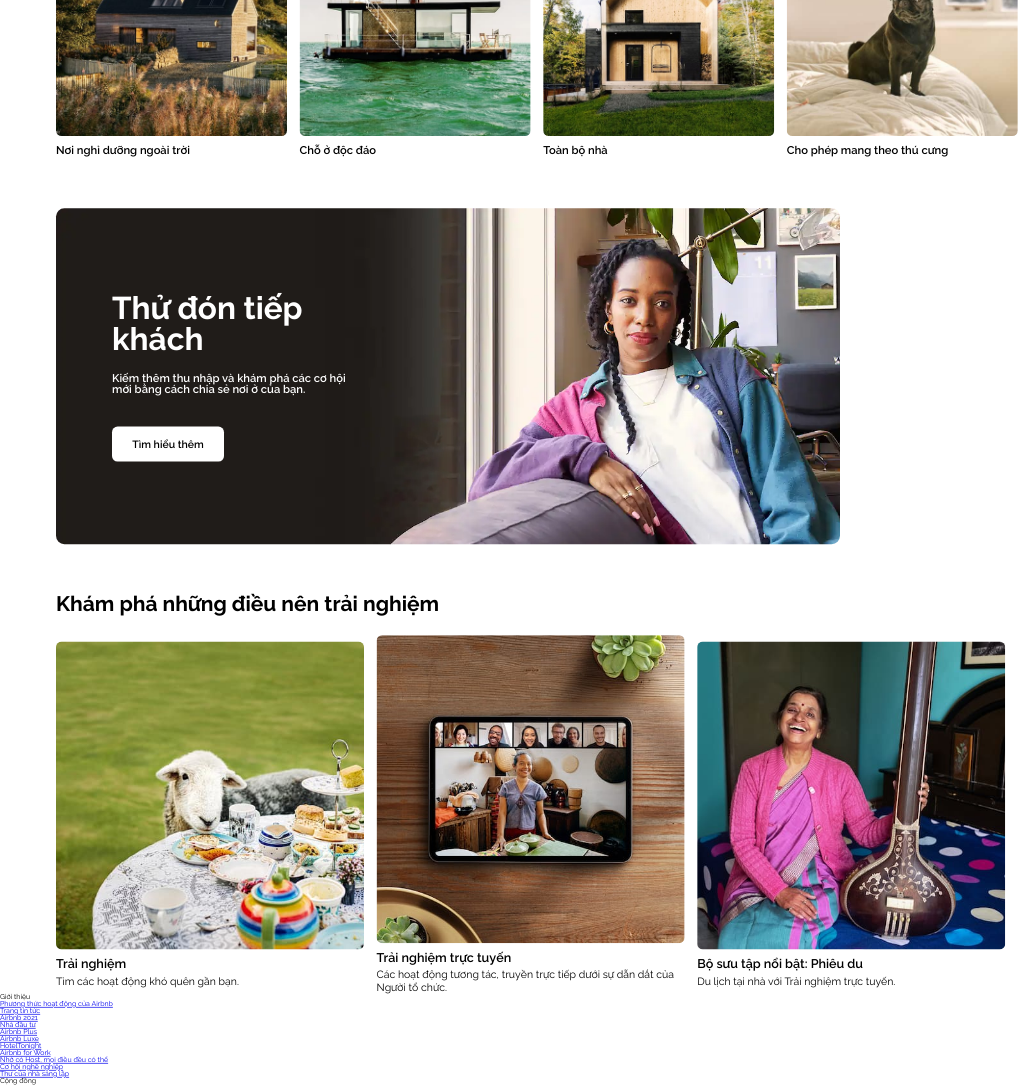
Repository: vanntrong/airbnb-clone
Page: index.html
The author's editor kept a copy of each file at every save. The page is drawn from the files as they stood at one save, then again after the next save.
The browser window is 1280 px wide. The page is 1454 px wide, so the pictures cover 1454 px, including what lies to the right of the window. The pictures show the part of the page from y = 918 to 2598 px (the page is 2468 px tall before and 2598 px after), at 70% of full size.

Above is the page before, as saved 2021-09-23 16:37:32.

### index.html
<!DOCTYPE html>
<html lang="en">
  <head>
    <meta charset="UTF-8" />
    <meta http-equiv="X-UA-Compatible" content="IE=edge" />
    <meta name="viewport" content="width=device-width, initial-scale=1.0" />
    <title>AirBnB</title>
    <link href="https://fonts.googleapis.com/css2?family=Material+Icons" rel="stylesheet" />
    <link rel="preconnect" href="https://fonts.googleapis.com" />
    <link rel="preconnect" href="https://fonts.gstatic.com" crossorigin />
    <link rel="preconnect" href="https://fonts.googleapis.com" />
    <link rel="preconnect" href="https://fonts.gstatic.com" crossorigin />
    <link
      href="https://fonts.googleapis.com/css2?family=Raleway:wght@200;300;400;500;600;700&display=swap"
      rel="stylesheet"
    />
    <link href="https://fonts.googleapis.com/css2?family=Material+Icons+Outlined" rel="stylesheet" />
    <link href="https://fonts.googleapis.com/css2?family=Material+Icons+Round" rel="stylesheet" />
    <link href="https://fonts.googleapis.com/css2?family=Material+Icons+Sharp" rel="stylesheet" />
    <link href="https://fonts.googleapis.com/css2?family=Material+Icons+Two+Tone" rel="stylesheet" />
    <link rel="stylesheet" href="./assets/css/reset.css" />
    <link rel="stylesheet" href="./assets/css/base.css" />
    <link rel="stylesheet" href="./assets/css/style.css" />
  </head>
  <body>
    <header class="header">
      <div class="header__covid">
        <a href="https://covid19.gov.vn/">Nhận thông tin mới nhất về biện pháp ứng phó COVID-19 của chúng tôi</a>
      </div>
      <div class="header__container">
        <nav class="header__nav">
          <div class="header__logo">
            <a href="" class="header__logo-link">
              <img src="./assets/images/logo.png" alt="Logo AirBnb" class="header__logo-img" />
              <span class="header__logo-name">airbnb</span>
            </a>
          </div>
          <div class="header__exp">
            <ul class="header__exp-list">
              <li class="header__exp-item">
                <div class="header-exp-link active">Nơi ở</div>
              </li>
              <li class="header__exp-item">
                <div class="header-exp-link">Trải nghiệm</div>
              </li>
              <li class="header__exp-item">
                <div class="header-exp-link">Trải nghiệm trực tuyến</div>
              </li>
            </ul>
          </div>
          <div class="header__user">
            <div class="header__user-register">
              <span>Trở thành chủ nhà</span>
            </div>
            <div class="header__user-language">
              <span class="material-icons-outlined"> language </span>
            </div>
            <div class="header__user-menu">
              <span class="material-icons-outlined header__user-icon"> menu </span>
              <img src="./assets/images/user-avatar.png" class="header__user-avatar" />
            </div>
          </div>
        </nav>

        <div class="header__search">
          <div class="header__search-place">
            <h4 class="header__search-text">Địa điểm</h4>
            <input type="text" placeholder="Bạn sắp đi đâu ?" class="header__search-input" />
          </div>
          <div class="header__search-room">
            <h4 class="header__search-text">Nhận phòng</h4>
            <p class="header__add-date">Thêm ngày</p>
          </div>
          <div class="header__search-room">
            <h4 class="header__search-text">Trả phòng</h4>
            <p class="header__add-date">Thêm ngày</p>
          </div>
          <div class="header__search-guest">
            <div class="header__search-wrapper">
              <h4 class="header__search-text">Khách</h4>
              <p class="header__add-date">Thêm khách</p>
            </div>
            <div class="header-guest-search">
              <span class="material-icons-outlined"> search </span>
              <!-- <p class="header-guest-text">Tìm kiếm</p> -->
            </div>
          </div>
        </div>

        <div class="header__title">
          <h2 class="header__title-text">Bạn chưa biết nên đi đâu? Tuyệt!</h2>
          <div class="header__title-btn"><span>Tìm kiếm linh hoạt</span></div>
        </div>
      </div>
    </header>
    <div class="banner">
      <h2 class="banner__heading">Ở bất cứ đâu</h2>
      <div class="banner__container">
        <ul class="banner__list">
          <li class="banner__item">
            <img src="./assets/images/banner/banner1.png" class="banner__item-img" />
            <span class="banner__item-text">Nơi nghỉ dưỡng ngoài trời</span>
          </li>
          <li class="banner__item">
            <img src="./assets/images/banner/banner2.png" class="banner__item-img" />
            <span class="banner__item-text">Chỗ ở độc đáo</span>
          </li>
          <li class="banner__item">
            <img src="./assets/images/banner/banner3.png" class="banner__item-img" />
            <span class="banner__item-text">Toàn bộ nhà</span>
          </li>
          <li class="banner__item">
            <img src="./assets/images/banner/banner4.png" class="banner__item-img" />
            <span class="banner__item-text">Cho phép mang theo thú cưng</span>
          </li>
        </ul>
      </div>
    </div>
    <div class="container">
      <div class="container__top">
        <div class="container__top-title">
          <h2 class="container-title-heading">Thử đón tiếp khách</h2>
          <p class="container-title-text">
            Kiếm thêm thu nhập và khám phá các cơ hội mới bằng cách chia sẻ nơi ở của bạn.
          </p>
          <div class="container-title-btn"><span>Tìm hiểu thêm</span></div>
        </div>
      </div>
      <div class="container__bottom">
        <h2 class="container__bottom-heading">Khám phá những điều nên trải nghiệm</h2>
        <ul class="container__bottom-list">
          <li class="container__bottom-item">
            <img src="./assets/images/container/container__item-1.png" class="container__item-img" />
            <h4 class="container__item-heading">Trải nghiệm</h4>
            <p class="container__item-text">Tìm các hoạt động khó quên gần bạn.</p>
          </li>
          <li class="container__bottom-item">
            <img src="./assets/images/container/container__item-2.png" class="container__item-img" />
            <h4 class="container__item-heading">Trải nghiệm trực tuyến</h4>
            <p class="container__item-text">
              Các hoạt động tương tác, truyền trực tiếp dưới sự dẫn dắt của Người tổ chức.
            </p>
          </li>
          <li class="container__bottom-item">
            <img src="./assets/images/container/container__item-3.png" class="container__item-img" />
            <h4 class="container__item-heading">Bộ sưu tập nổi bật: Phiêu du</h4>
            <p class="container__item-text">Du lịch tại nhà với Trải nghiệm trực tuyến.</p>
          </li>
        </ul>
      </div>
    </div>
    <footer class="footer">
      <div class="footer__top">
        <ul class="footer__top-list">
          <span>Giới thiệu</span>
          <li class="footer__top-item"><a href="#">Phương thức hoạt động của Airbnb</a></li>
          <li class="footer__top-item"><a href="#">Trang tin tức</a></li>
          <li class="footer__top-item"><a href="#">Airbnb 2021</a></li>
          <li class="footer__top-item"><a href="#">Nhà đầu tư</a></li>
          <li class="footer__top-item"><a href="#">Airbnb Plus</a></li>
          <li class="footer__top-item"><a href="#">Airbnb Luxe</a></li>
          <li class="footer__top-item"><a href="#">HotelTonight</a></li>
          <li class="footer__top-item"><a href="#">Airbnb for Work</a></li>
          <li class="footer__top-item"><a href="#">Nhờ có Host, mọi điều đều có thể</a></li>
          <li class="footer__top-item"><a href="#">Cơ hội nghề nghiệp</a></li>
          <li class="footer__top-item">
            <a href="#">Thư của nhà sáng lập</a>
          </li>
        </ul>
        <ul class="footer__top-list">
          <span>Cộng đồng</span>
          <li class="footer__top-item">
            <a href="#" class="footer__item-link"></a>
          </li>
          <li class="footer__top-item">
            <a href="#" class="footer__item-link"></a>
          </li>
          <li class="footer__top-item">
            <a href="#" class="footer__item-link"></a>
          </li>
          <li class="footer__top-item">
            <a href="#" class="footer__item-link"></a>
          </li>
          <li class="footer__top-item">
            <a href="#" class="footer__item-link"></a>
          </li>
          <li class="footer__top-item">
            <a href="#" class="footer__item-link"></a>
          </li>
        </ul>
      </div>
    </footer>
  </body>
</html>

### assets/css/base.css
html {
  font-family: "Raleway", sans-serif;
  font-size: 62.5%;
}
* {
  box-sizing: border-box;
}

:root {
  --text-color: #484848;
}

### assets/css/style.css
.header {
  width: 100%;
}

.header__covid {
  width: 100%;
  height: 58px;
  background-color: #222;
}

.header__covid a {
  display: inline-block;
  position: relative;
  left: 50%;
  top: 50%;
  transform: translate(-50%, -50%);
  color: #a3a3a3;
  font-size: 1.5rem;
  font-weight: 400;
}

.header__covid a:hover {
  color: #5c5c5c;
}

.header__container {
  width: 100%;
  background-image: url("../images/background.jpg");
  background-size: contain;
  height: 620px;
}

.header__nav {
  padding: 16px 80px;
  display: flex;
  align-items: flex-start;
  justify-content: space-between;
}

.header__logo {
}

.header__logo-link {
  text-decoration: none;
  color: #fff;
  font-size: 2.4rem;
  display: flex;
  align-items: center;
  font-weight: 600;
}

.header__logo-img {
  width: 40px;
  height: 46px;
  margin-right: 6px;
}

.header__exp {
  margin-top: 10px;
  margin-left: 175px;
}

.header__exp-list {
  display: flex;
  align-items: center;
}

.header-exp-link {
  color: #fff;
  font-size: 1.6rem;
  font-weight: 400;
  margin: 0 12px;
  position: relative;
  cursor: pointer;
}

.header-exp-link::after {
  content: "";
  position: absolute;
  width: 18px;
  height: 2px;
  bottom: -13px;
  left: 50%;
  transform: translateX(-50%);
  background-color: #fff;
  display: none;
}

.header-exp-link:hover {
  display: block;
  opacity: 0.6;
}

.header-exp-link:hover::after {
  display: block;
}

.header-exp-link.active::after {
  display: block;
  opacity: unset;
}

.active:hover {
  opacity: unset;
  cursor: default;
}

.header__user {
  display: flex;
  align-items: center;
}

.header__user-register {
  font-size: 1.4rem;
  font-weight: 600;
  padding: 16px;
  border-radius: 35px;
  margin-right: 10px;
  color: #fff;
}

.header__user-register:hover {
  background: rgba(238, 238, 238, 0.2);
  cursor: pointer;
}

.header__user-language {
  color: #fff;
  padding: 16px;
  margin: 0 12px 0 -14px;
  border-radius: 35px;
}

.header__user-language:hover {
  background: rgba(238, 238, 238, 0.2);
  cursor: pointer;
}

.header__user-language span {
  font-size: 2rem;
}

.header__user-menu {
  display: flex;
  align-items: center;
  padding: 4px;
  background-color: #fff;
  border-radius: 25px;
  cursor: pointer;
  border: 1px solid rgba(221, 221, 221, 0.8);
}

.header__user-icon {
  padding: 4px 6px 4px 10px;
}

.header__user-avatar {
  width: 32px;
}

.header__search {
  display: flex;
  align-items: center;
  justify-content: space-between;
  max-width: 850px;
  margin: auto;
  background-color: #fff;
  border-radius: 35px;
  /* box-shadow: 0 2px 2px #d0d0b7; */
}

.header__search-place {
  flex-grow: 2;
  padding: 16px 24px;
  height: 100%;
  position: relative;
}

.header__search-place::after {
  content: "";
  width: 0.5px;
  height: 50%;
  position: absolute;
  background-color: #ddd;
  top: 50%;
  transform: translateY(-50%);
  right: 0;
  display: block;
}

.header__search-place:hover {
  background-color: #eee;
  border-radius: 40px;
  cursor: pointer;
}

.header__search-place:hover::after {
  display: none;
}

.header__search-text {
  font-size: 1.2rem;
  font-weight: 700;
  margin-bottom: 6px;
}

.header__search-input {
  width: 100%;
  border: none;
  background-color: transparent;
  font-size: 1.4rem;
  outline: none;
}

.header__search-room {
  flex-grow: 1;
  height: 100%;
  padding: 16px 24px;
  position: relative;
}

.header__search-room::after {
  content: "";
  position: absolute;
  background-color: #ddd;
  width: 1px;
  height: 50%;
  top: 50%;
  right: 0;
  transform: translateY(-50%);
  display: block;
}

.header__search-room:hover {
  background-color: #eee;
  border-radius: 40px;
  cursor: pointer;
}

.header__search-room:hover::after {
  display: none;
}

.header__add-date {
  font-size: 1.3rem;
  color: var(--text-color);
}

.header__search-guest {
  height: 100%;
  flex-grow: 1;
  display: flex;
  justify-content: space-between;
  align-items: center;
}

.header__search-guest:hover {
  background-color: #eee;
  border-radius: 40px;
  cursor: pointer;
}

.header__search-wrapper {
  padding: 16px 24px;
}

.header-guest-search {
  background-color: #ff385c;
  color: #fff;
  width: 48px;
  height: 48px;
  border-radius: 40px;
  padding: 16px 24px;
  margin-right: 8px;
}

.header-guest-search span {
  display: inline-block;
  position: relative;
  left: 50%;
  top: 50%;
  transform: translate(-50%, -50%);
}

.header__title {
  margin-top: 185px;
  position: relative;
  left: 50%;
  transform: translateX(-50%);
  display: inline-block;
  cursor: pointer;
}
.header__title-text {
  font-size: 1.8rem;
  font-weight: 600;
}
.header__title-btn {
  margin-top: 20px;
  text-align: center;
  width: 100%;
  height: 60px;
  background-color: #fff;
  border-radius: 40px;
  box-shadow: 4px 4px 10px rgb(0 0 0 / 10%);
  display: flex;
  align-items: center;
  justify-content: center;
}
.header__title-btn span {
  display: block;
  font-size: 1.8rem;
  font-weight: 700;
  background-image: linear-gradient(0.25turn, #70019c, #ad0186);
  /* fill color text */
  background-clip: text;
  -webkit-background-clip: text;
  -webkit-text-fill-color: transparent;
}

.banner {
  margin-top: 40px;
  padding: 0 80px;
}

.banner__heading {
  margin-bottom: 35px;
  font-size: 3rem;
  font-weight: 700;
}

.banner__list {
  display: flex;
  align-items: center;
  justify-content: space-between;
}

.banner__item {
  margin-right: 18px;
  cursor: pointer;
}

.banner__item-img {
  width: 330px;
  border-radius: 8px;
}

.banner__item-text {
  margin-top: 10px;
  display: block;
  font-size: 1.6rem;
  font-weight: 600;
}

.container {
  padding: 0 80px;
}

.container__top {
  margin-top: 75px;
  height: 480px;
  background: url("../images/container/container__background.png");
  background-size: cover;
  background-repeat: no-repeat;
  border-radius: 12px;
  overflow: hidden;
}

.container__top-title {
  width: 365px;
  height: 245px;
  margin-top: 120px;
  margin-left: 80px;
  color: #fff;
}

.container-title-heading {
  font-size: 4.5rem;
  font-weight: 700;
  margin-bottom: 25px;
}

.container-title-text {
  font-size: 1.6rem;
  font-weight: 600;
}

.container-title-btn {
  margin-top: 45px;
  width: 160px;
  height: 50px;
  text-align: center;
  background-color: #fff;
  color: #000;
  display: flex;
  align-items: center;
  justify-content: center;
  font-size: 1.5rem;
  font-weight: 600;
  border-radius: 8px;
}

.container__bottom {
  margin-top: 70px;
}

.container__bottom-heading {
  font-size: 3rem;
  font-weight: 700;
  margin-bottom: 30px;
}

.container__bottom-list {
  display: flex;
  align-items: center;
  cursor: pointer;
}

.container__bottom-item {
  margin-right: 18px;
}

.container__item-img {
  width: 440px;
  border-radius: 8px;
}

.container__item-heading {
  margin-top: 10px;
  font-size: 1.8rem;
  font-weight: 600;
}

.container__item-text {
  margin-top: 6px;
  font-size: 1.5rem;
  line-height: 1.8rem;
}

Loaded but not shown: assets/css/reset.css (common file)

After the next save:
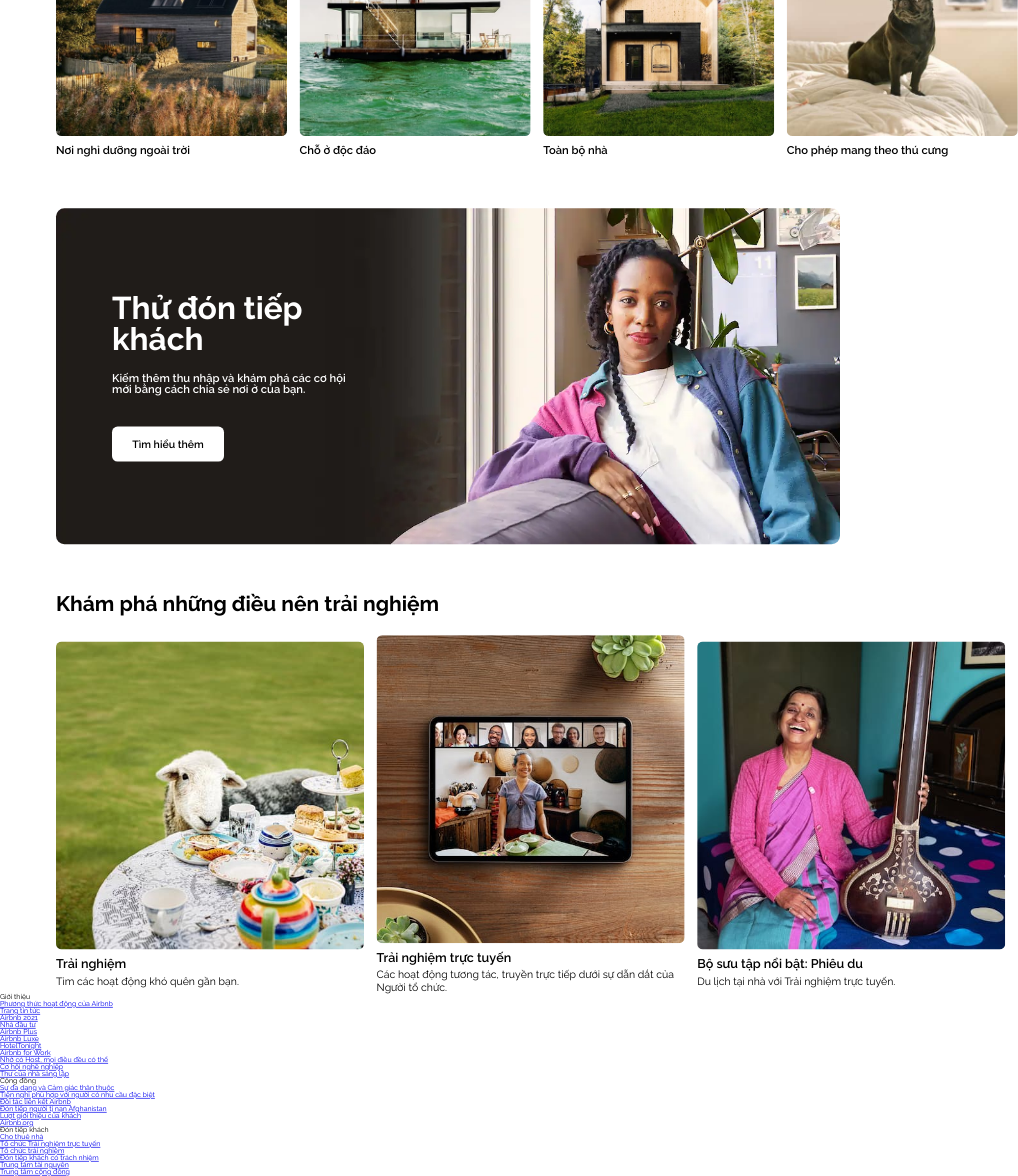
Saved 7 min 13 s later.
--- a/index.html
+++ b/index.html
@@ -170,22 +170,43 @@
         <ul class="footer__top-list">
           <span>Cộng đồng</span>
           <li class="footer__top-item">
-            <a href="#" class="footer__item-link"></a>
-          </li>
-          <li class="footer__top-item">
-            <a href="#" class="footer__item-link"></a>
-          </li>
-          <li class="footer__top-item">
-            <a href="#" class="footer__item-link"></a>
-          </li>
-          <li class="footer__top-item">
-            <a href="#" class="footer__item-link"></a>
-          </li>
-          <li class="footer__top-item">
-            <a href="#" class="footer__item-link"></a>
-          </li>
-          <li class="footer__top-item">
-            <a href="#" class="footer__item-link"></a>
+            <a href="#" class="footer__item-link">Sự đa dạng và Cảm giác thân thuộc</a>
+          </li>
+          <li class="footer__top-item">
+            <a href="#" class="footer__item-link">Tiện nghi phù hợp với người có nhu cầu đặc biệt</a>
+          </li>
+          <li class="footer__top-item">
+            <a href="#" class="footer__item-link">Đối tác liên kết Airbnb</a>
+          </li>
+          <li class="footer__top-item">
+            <a href="#" class="footer__item-link">Đón tiếp người tị nạn Afghanistan</a>
+          </li>
+          <li class="footer__top-item">
+            <a href="#" class="footer__item-link">Lượt giới thiệu của khách</a>
+          </li>
+          <li class="footer__top-item">
+            <a href="#" class="footer__item-link">Airbnb.org</a>
+          </li>
+        </ul>
+        <ul class="footer__top-list">
+          <span>Đón tiếp khách</span>
+          <li class="footer__top-item">
+            <a href="#" class="footer__item-link">Cho thuê nhà</a>
+          </li>
+          <li class="footer__top-item">
+            <a href="#" class="footer__item-link">Tổ chức Trải nghiệm trực tuyến</a>
+          </li>
+          <li class="footer__top-item">
+            <a href="#" class="footer__item-link">Tổ chức trải nghiệm</a>
+          </li>
+          <li class="footer__top-item">
+            <a href="#" class="footer__item-link">Đón tiếp khách có trách nhiệm</a>
+          </li>
+          <li class="footer__top-item">
+            <a href="#" class="footer__item-link">Trung tâm tài nguyên</a>
+          </li>
+          <li class="footer__top-item">
+            <a href="#" class="footer__item-link"> Trung tâm cộng đồng </a>
           </li>
         </ul>
       </div>
